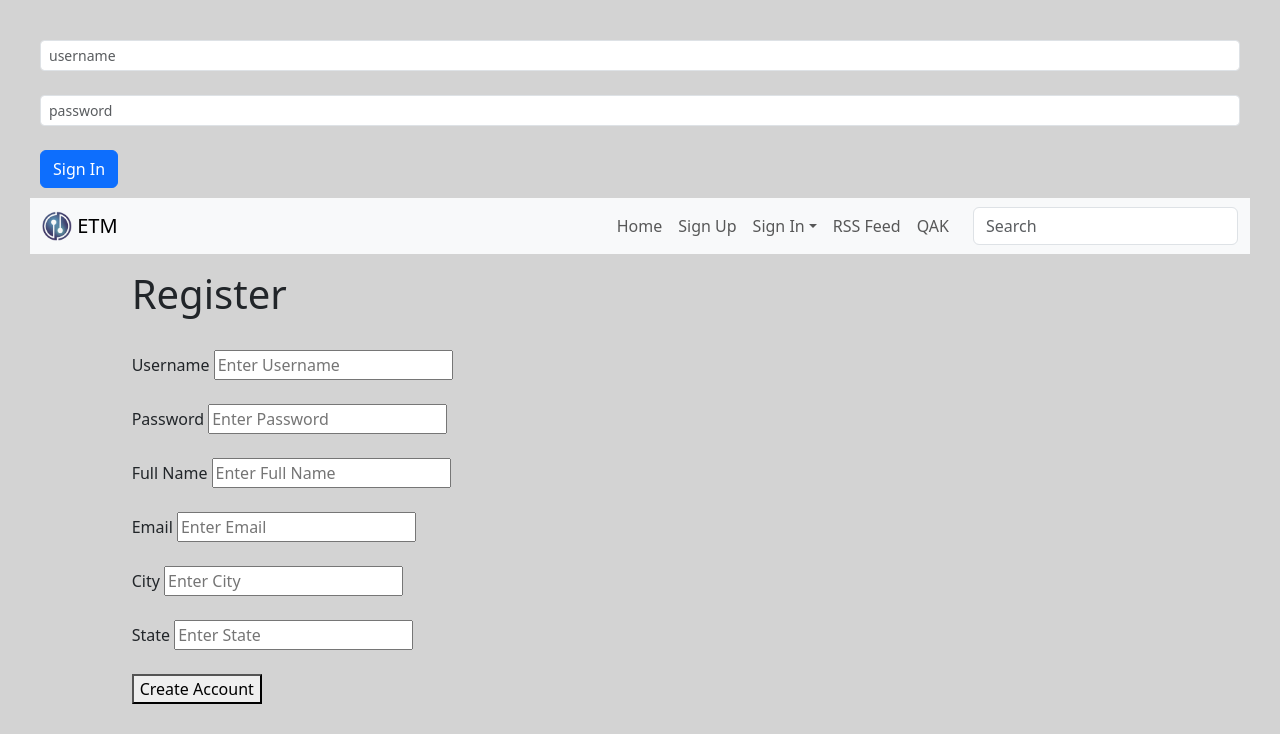
Repository: bethel-school-of-technology/team-5-node-prophets-frontend
Page: /signup
These files come from the project's save history. The page is drawn as it stood at one moment and after the next save; the edit follows.
The browser window is 1280 px wide. The pictures show the whole page.
The project was rebuilt for these pictures with package versions that can differ from the ones it lists, and the page was loaded fresh each time. Also part of the build but not shown: src/styles/Home.css, src/components/Home.js, src/components/SignIn.js, src/components/Profile.js, src/components/About.js, src/styles/RssFeed.css, src/components/Article.js, src/components/RssFeed.js.

Above is the page before, as saved 2023-10-05 12:28:01.

After the next save:
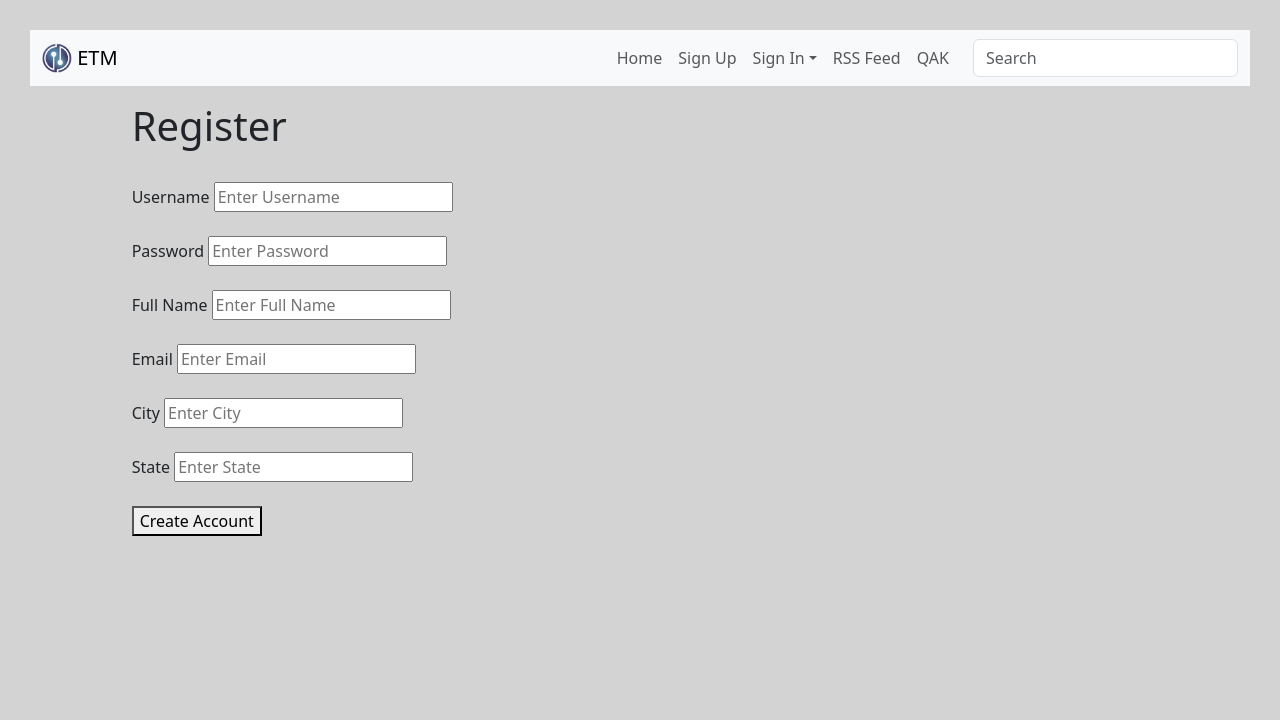
Saved 5 min 15 s later.
--- a/src/components/Navigation.js
+++ b/src/components/Navigation.js
@@ -46,29 +46,6 @@ const Navigation = () => {
   return (
     <>
       <>
-        <div>
-          <Form className="sign-in" onSubmit={handleSignIn}>
-            <Form.Group className="mb-6">
-              <Form.Control
-                size="sm"
-                placeholder="username"
-                type="text"
-                value={username}
-                onChange={(e) => setUsername(e.target.value)}
-              />
-              <br></br>
-              <Form.Control
-                size="sm"
-                placeholder="password"
-                type="password" // Use password type for security
-                value={password}
-                onChange={(e) => setPassword(e.target.value)}
-              />
-              <br />
-              <Button type="submit">Sign In</Button>
-            </Form.Group>
-          </Form>
-        </div>
         <Navbar expand="lg" bg="light">
           <Container fluid>
             <Navbar.Brand href="#home">
@@ -98,17 +75,28 @@ const Navigation = () => {
                   <div>
                     <Form className="sign-in">
                       <Form.Group className="mb-6">
-                        <Form.Control
-                          size="sm"
-                          placeholder="username"
-                          type="text"
-                        />
-                        <br></br>
-                        <Form.Control
-                          size="sm"
-                          placeholder="password"
-                          type="text"
-                        />
+                        <div>
+                          <Form className="sign-in" onSubmit={handleSignIn}>
+                            <Form.Group className="mb-6">
+                              <Form.Control
+                                size="sm"
+                                placeholder="username"
+                                type="text"
+                                value={username}
+                                onChange={(e) => setUsername(e.target.value)}
+                              />
+                              <br></br>
+                              <Form.Control
+                                size="sm"
+                                placeholder="password"
+                                type="password" // Use password type for security
+                                value={password}
+                                onChange={(e) => setPassword(e.target.value)}
+                              />
+                              <br />
+                            </Form.Group>
+                          </Form>
+                        </div>
                         <br />
                         <Button>Sign In</Button>
                       </Form.Group>
